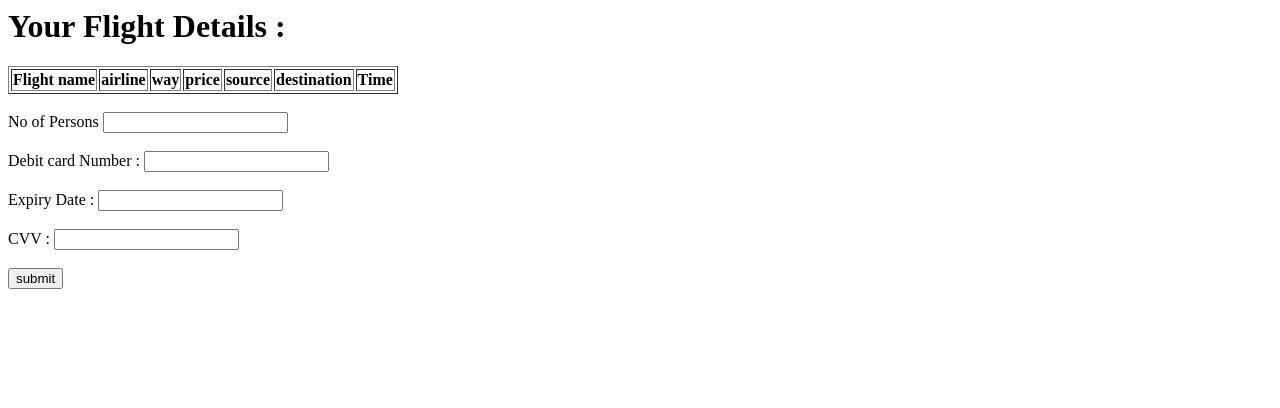
Repository: manishmachha/Project-FlyAway
Page: http://localhost/FlyAway/showdetails.jsp
An editor plug-in stored every save of this project. The page is shown before and after the next save, followed by the edit.
The browser window is 1280 px wide. The pictures show the whole page.
The page is served by Tomcat 9. The database holds what the project's SQL file puts in it.

Above is the page before, as saved 2022-01-04 08:17:49.

After the next save:
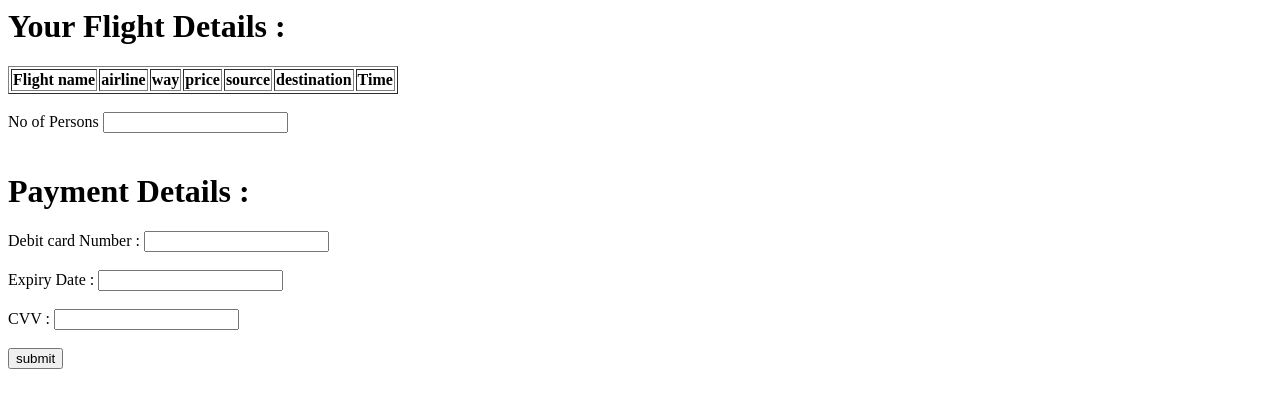
Saved 6 days later.
--- a/FlyAway/src/main/webapp/showdetails.jsp
+++ b/FlyAway/src/main/webapp/showdetails.jsp
@@ -44,6 +44,7 @@ ResultSet rs = st.executeQuery(sql);
 </br>
 <form action="payment.jsp" method="post">
 	No of Persons <input type="number" name="no of persons"></br> </br>
+	<h1>Payment Details :</h1>
 	Debit card Number : <input type="number"></br>
 	</br> Expiry Date : <input type="text"></br>
 	</br> CVV : <input type="text"></br>
